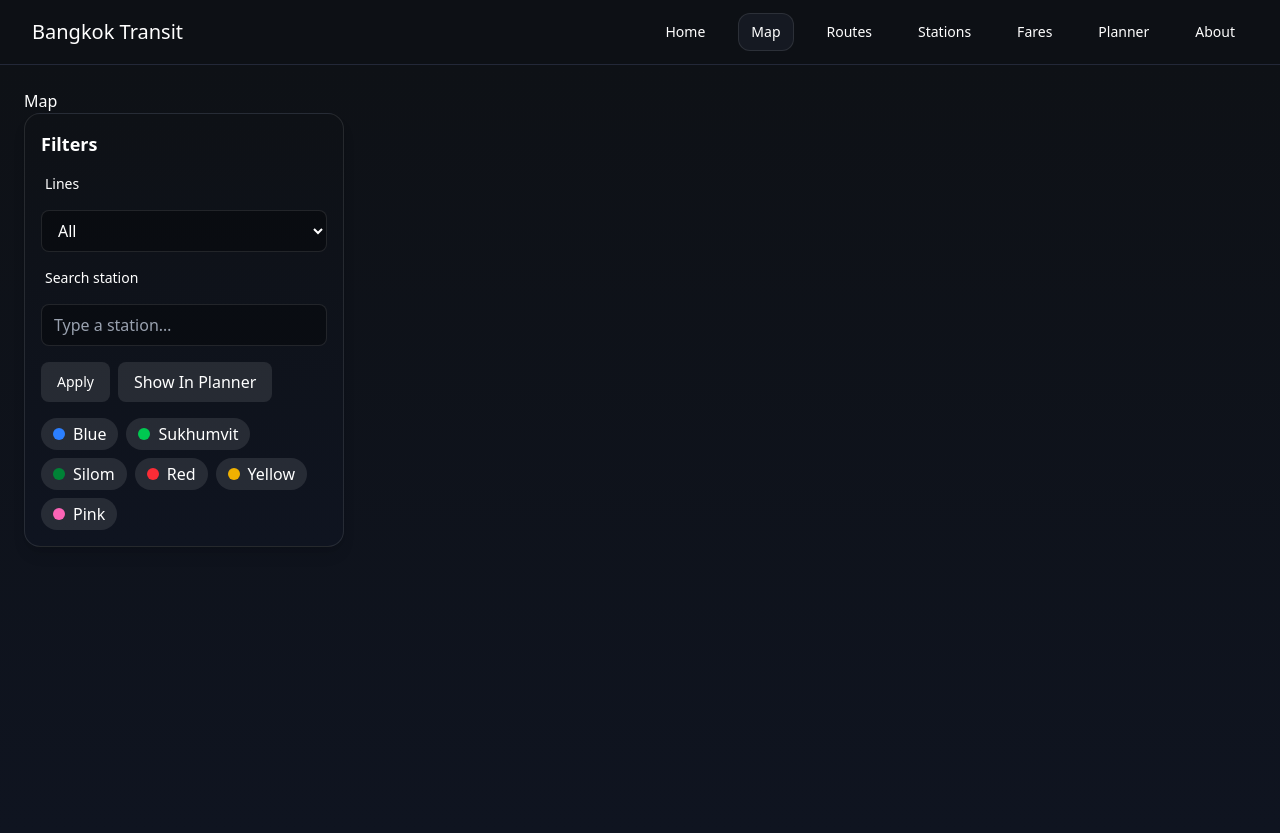
Repository: pyaestk/Bangkok-transit-map
Page: /map
The author's editor kept a copy of each file at every save. The page is drawn from the files as they stood at one save, then again after the next save.
The browser window is 1280 px wide. The pictures show the whole page.
The project was rebuilt for these pictures with package versions that can differ from the ones it lists, and the page was loaded fresh each time. Also part of the build but not shown: vite.config.ts, src/pages/Home.tsx, src/pages/Planner.tsx, src/pages/Stations.tsx, src/pages/TrainRoutes.tsx, src/pages/Fares.tsx, src/pages/About.tsx.

Above is the page before, as saved 2025-10-04 10:03:09.

### index.html
<!doctype html>
<html lang="en">
  <head>
    <meta charset="UTF-8" />
    <link rel="icon" type="image/svg+xml" href="/vite.svg" />
    <meta name="viewport" content="width=device-width, initial-scale=1.0" />
    <title>bangkok-transit-map</title>
  </head>
  <body>
    <div id="root"></div>
    <script type="module" src="/src/main.tsx"></script>
  </body>
</html>

### src/main.tsx
import { StrictMode } from 'react'
import { createRoot } from 'react-dom/client'
import './index.css'
import App from './App.tsx'
import { BrowserRouter as Router } from 'react-router'

createRoot(document.getElementById('root')!).render(
  <StrictMode>
    <Router>
      <App />
    </Router>
  </StrictMode>,
)

### src/App.tsx
import "./App.css";
import NavBar from "./component/NavBar";
import { Routes, Route } from "react-router-dom";
import Home from "./pages/Home";
import Map from "./pages/Map";
import Planner from "./pages/Planner";
import Stations from "./pages/Stations";
import TrainRoutes from "./pages/TrainRoutes";
import Fares from "./pages/Fares";
import About from "./pages/About";


function App() {
  return (
    <div className="min-h-screen flex flex-col">
      {/* Navbar at the top */}
      <NavBar />

      {/* Main content area */}
      <main className="flex-1 p-6 bg-[linear-gradient(180deg,rgba(14,17,22,1)_0%,rgba(15,20,32,1)_100%)]">
        <Routes>
          <Route
            path="/"
            element={ <Home/> }
          />
          <Route
            path="/map"
            element={ <Map/> }
          />
          <Route
            path="/planner"
            element={ <Planner/>}
          />
          <Route
            path="/routes"
            element={<TrainRoutes/>}
          />
          <Route
            path="/stations"
            element={<Stations/>}
          />
          <Route
            path="/fares"
            element={<Fares/>}
          />
          <Route
            path="/about"
            element={<About/>}
          />
        </Routes>
      </main>
    </div>
  );
}

export default App;

### src/App.css
@import "tailwindcss";

:root {
  background: linear-gradient(180deg, rgba(14,17,22,1) 0%, rgba(15,20,32,1) 100%);
}

### src/component/NavBar.tsx
import { NavLink } from "react-router-dom";
import { useState } from "react";

function NavBar() {
  const [open, setOpen] = useState(false);

  const baseClasses =
    "px-3 py-2 rounded-xl text-sm border border-transparent block text-center";
  const inactiveClasses = "text-white transition-colors";
  const activeClasses = "bg-[#151922] border rounded-[10px] text-white border-white/10";

  const links = [
    { to: "/", label: "Home" },
    { to: "/map", label: "Map" },
    { to: "/routes", label: "Routes" },
    { to: "/stations", label: "Stations" },
    { to: "/fares", label: "Fares" },
    { to: "/planner", label: "Planner" },
    { to: "/about", label: "About" },
  ];

  return (
    <nav className="sticky top-0 z-50 bg-[#0e1116cc] border-b border-[#232838] backdrop-blur-[5px] backdrop-brightness-[100%] [-webkit-backdrop-filter:blur(5px)_brightness(100%)]">
      <div className="max-w-7xl mx-auto px-4 sm:px-6 lg:px-8">
        <div className="flex items-center justify-between h-16">
          {/* Left side (Logo / Brand) */}
          <div className="flex-shrink-0 text-white text-xl">
            Bangkok Transit
          </div>

          {/* Desktop links */}
          <div className="hidden md:flex space-x-5">
            {links.map((l) => (
              <NavLink
                key={l.to}
                to={l.to}
                className={({ isActive }) =>
                  `${baseClasses} ${isActive ? activeClasses : inactiveClasses}`
                }
              >
                {l.label}
              </NavLink>
            ))}
          </div>

          {/* Mobile hamburger button */}
          <div className="md:hidden">
            <button
              aria-label="Toggle menu"
              onClick={() => setOpen((s) => !s)}
              className="inline-flex items-center justify-center p-2 rounded-md text-white hover:bg-white/5 focus:outline-none focus:ring-2 focus:ring-white"
            >
              <span className="sr-only">Open main menu</span>
              {/* Hamburger / X icon */}
              <svg
                className={`h-6 w-6 ${open ? "hidden" : "block"}`}
                xmlns="http://www.w3.org/2000/svg"
                fill="none"
                viewBox="0 0 24 24"
                strokeWidth={2}
                stroke="currentColor"
                aria-hidden="true"
              >
                <path
                  strokeLinecap="round"
                  strokeLinejoin="round"
                  d="M3 6h18M3 12h18M3 18h18"
                />
              </svg>
              <svg
                className={`h-6 w-6 ${open ? "block" : "hidden"}`}
                xmlns="http://www.w3.org/2000/svg"
                fill="none"
                viewBox="0 0 24 24"
                strokeWidth={2}
                stroke="currentColor"
                aria-hidden="true"
              >
                <path
                  strokeLinecap="round"
                  strokeLinejoin="round"
                  d="M6 18L18 6M6 6l12 12"
                />
              </svg>
            </button>
          </div>
        </div>
      </div>

      {/* Mobile menu, shown when open is true */}
      <div className={`md:hidden ${open ? "block" : "hidden"} `}>
        <div className="px-2 pt-2 pb-3 space-y-1">
          {links.map((l) => (
            <NavLink
              key={l.to}
              to={l.to}
              onClick={() => setOpen(false)}
              className={({ isActive }) =>
                `${baseClasses} ${isActive ? activeClasses : inactiveClasses}`
              }
            >
              {l.label}
            </NavLink>
          ))}
        </div>
      </div>
    </nav>
  );
}

export default NavBar;

### src/pages/Map.tsx
import FiltersCard from "../component/FiltersCard";

export default function Map() {
  return (
    <div className="min-h-screen">
      <h1 className="text-white">Map</h1>
      <FiltersCard/>
    </div>
  )
}

### src/component/FiltersCard.tsx
export default function FiltersCard() {
  return (
    <div className="p-4 rounded-2xl bg-[linear-gradient(180deg,rgba(14,17,22,1)_0%,rgba(15,20,32,1)_100%)] border border-white/10 shadow-lg w-80 text-white">
      <h2 className="text-lg font-bold mb-4">Filters</h2>

      {/* Lines */}
      <label className="block text-sm my-4 mx-1">Lines</label>
      <select className="w-full px-3 py-2 rounded-lg bg-black/30 border border-white/10 focus:outline-none">
        <option>All</option>
        <option>Blue</option>
        <option>Red</option>
        <option>Yellow</option>
      </select>

      {/* Search station */}
      <label className="block text-sm my-4 mx-1">Search station</label>
      <input
        type="text"
        placeholder="Type a station…"
        className="w-full px-3 py-2 pr-8 rounded-lg bg-black/30 border border-white/10 placeholder-gray-400 focus:outline-none"
      />

      {/* Buttons */}
      <div className="flex space-x-2 mt-4">
        <button className="px-4 py-2 rounded-lg bg-white/10 hover:bg-white/20 text-sm">Apply</button>
        <button className="px-4 py-2 rounded-lg bg-white/10 hover:bg-white/20">Show In Planner</button>
      </div>

      {/* Line Pills */}
      <div className="flex flex-wrap gap-2 mt-4">
        <span className="flex items-center px-3 py-1 rounded-full bg-white/10">
          <span className="w-3 h-3 rounded-full bg-blue-500 mr-2"></span>
          Blue
        </span>
        <span className="flex items-center px-3 py-1 rounded-full bg-white/10">
          <span className="w-3 h-3 rounded-full bg-green-500 mr-2"></span>
          Sukhumvit
        </span>
        <span className="flex items-center px-3 py-1 rounded-full bg-white/10">
          <span className="w-3 h-3 rounded-full bg-green-700 mr-2"></span>
          Silom
        </span>
        <span className="flex items-center px-3 py-1 rounded-full bg-white/10">
            <span className="w-3 h-3 rounded-full bg-red-500 mr-2"></span> Red
        </span>
        <span className="flex items-center px-3 py-1 rounded-full bg-white/10">
            <span className="w-3 h-3 rounded-full bg-yellow-500 mr-2"></span> Yellow
        </span>
        <span className="flex items-center px-3 py-1 rounded-full bg-white/10">
            <span className="w-3 h-3 rounded-full bg-pink-400 mr-2"></span> Pink
        </span>
      </div>
    </div>
  )
}

Loaded but not shown: src/index.css (common file)

After the next save:
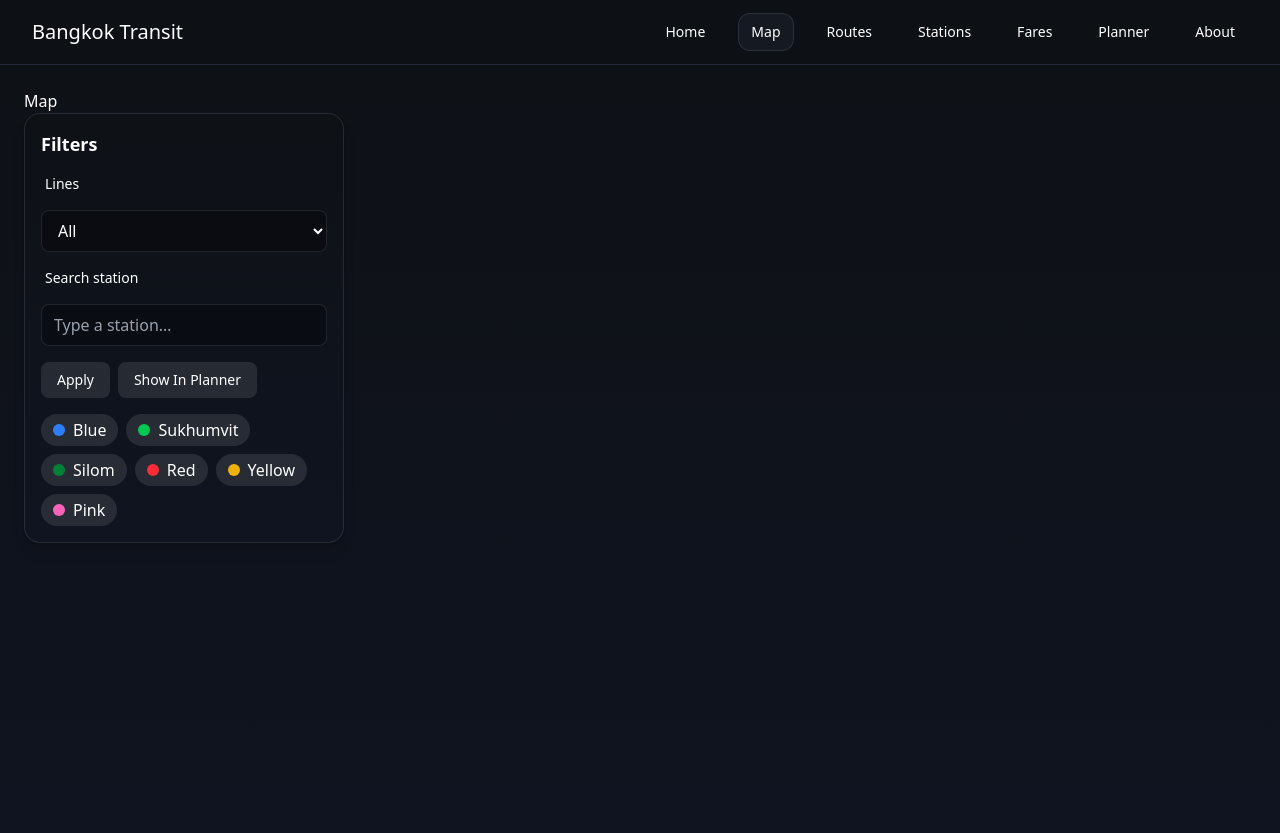
Saved 8 s later.
--- a/src/component/FiltersCard.tsx
+++ b/src/component/FiltersCard.tsx
@@ -23,7 +23,7 @@ export default function FiltersCard() {
       {/* Buttons */}
       <div className="flex space-x-2 mt-4">
         <button className="px-4 py-2 rounded-lg bg-white/10 hover:bg-white/20 text-sm">Apply</button>
-        <button className="px-4 py-2 rounded-lg bg-white/10 hover:bg-white/20">Show In Planner</button>
+        <button className="px-4 py-2 rounded-lg bg-white/10 hover:bg-white/20 text-sm">Show In Planner</button>
       </div>
 
       {/* Line Pills */}
